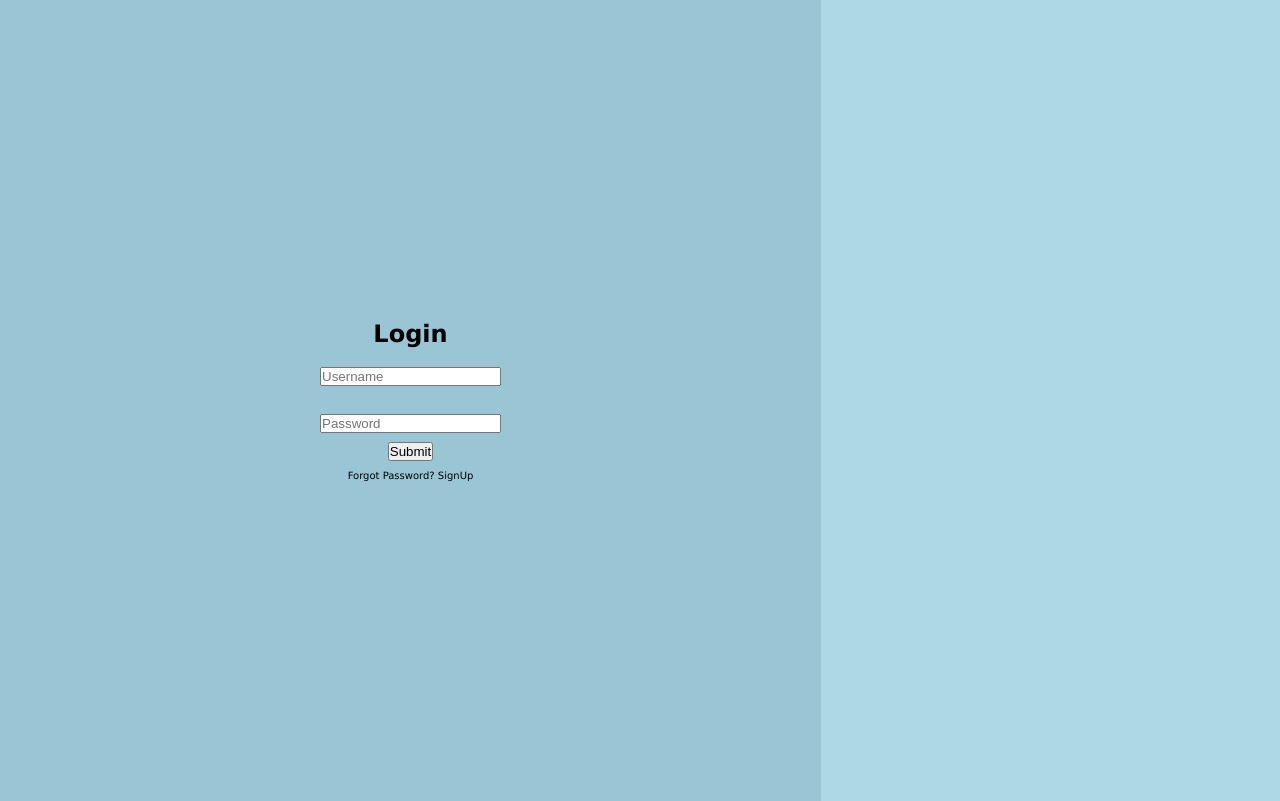
Repository: busra-kayaa/LoginPage
Page: login.html
The author's editor kept a copy of each file at every save. The page is drawn from the files as they stood at one save, then again after the next save.
The browser window is 1280 px wide. The pictures show the whole page.

Above is the page before, as saved 2023-12-28 20:11:16.

### login.html
<!DOCTYPE html>
<html>
    <head>
        <title>Login Page</title>
        <link rel="stylesheet" href="./style.css" type="text/css"/>
    </head>
    <body>
        <div class="login-from-container">
            <h2>Login</h2>
            <div class="input-group">
                <i class="fa fa-user"></i>
                <input
                    type="text"
                    placeholder="Username"
                    class="input-text"
                    autocomplete="off"
                />
            </div>
            <div class="input-group">
                <i class="fa fa-unclok-alt"></i>
                <input
                    type="password"
                    placeholder="Password"
                    class="input-text"
                    autocomplete="off"
                />
            </div>
            <div class="subgroup">
                <div class="button-group" id="login-button">
                    <button onclick="alert('Bilgileriniz Başarıyla Alınmıştır.')">Submit</button>
                </div>
                <div class="footer">
                    <a>Forgot Password?</a>
                    <a>SignUp</a>
                </div>
            </div>
        </div>
    </body>
</html>

### style.css

*{
    margin: 0px;
    padding: 0px;
}
body {
    background-color: lightblue;
    color: black;
    display: flex;
    flex-direction: row;
    align-items: center;
    font-family:'Lucida Sans';
}

.login-from-container {
    background-color: rgb(153, 197, 212);
    display: flex;
    flex-direction: column;
    justify-content: center;
    align-items: center;
    text-align: center;
    padding: 25%;
}
.input-group {
    margin-top: 10%;
    margin-bottom: 5%;
}
.button-group {
    display: flex;
    justify-content: center;
    align-items: center;
    font-size: 15px;
}
.subgroup {
 gap: 20px;
}
.footer {
    margin-top: 7%;
    font-size: 10px;
}

After the next save:
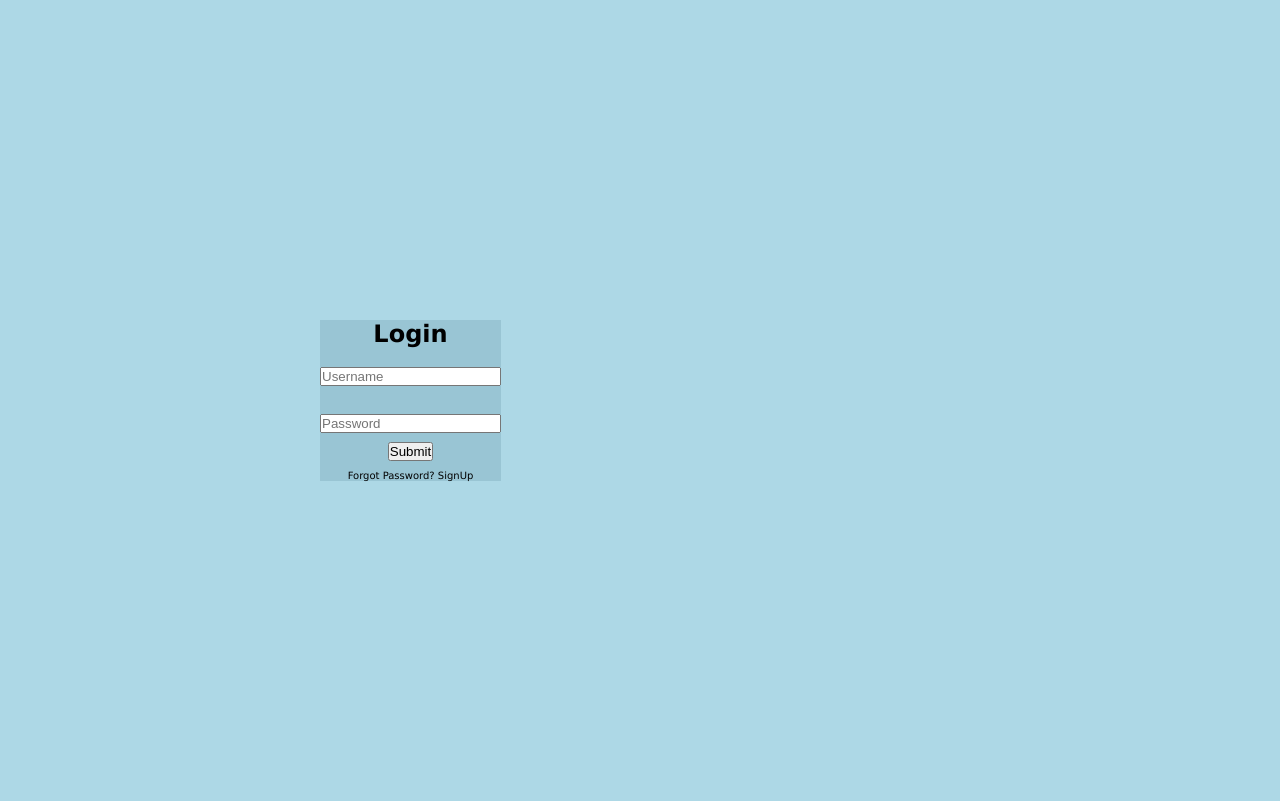
Saved 14 s later.
--- a/style.css
+++ b/style.css
@@ -19,7 +19,7 @@ body {
     justify-content: center;
     align-items: center;
     text-align: center;
-    padding: 25%;
+    margin: 25%;
 }
 .input-group {
     margin-top: 10%;
